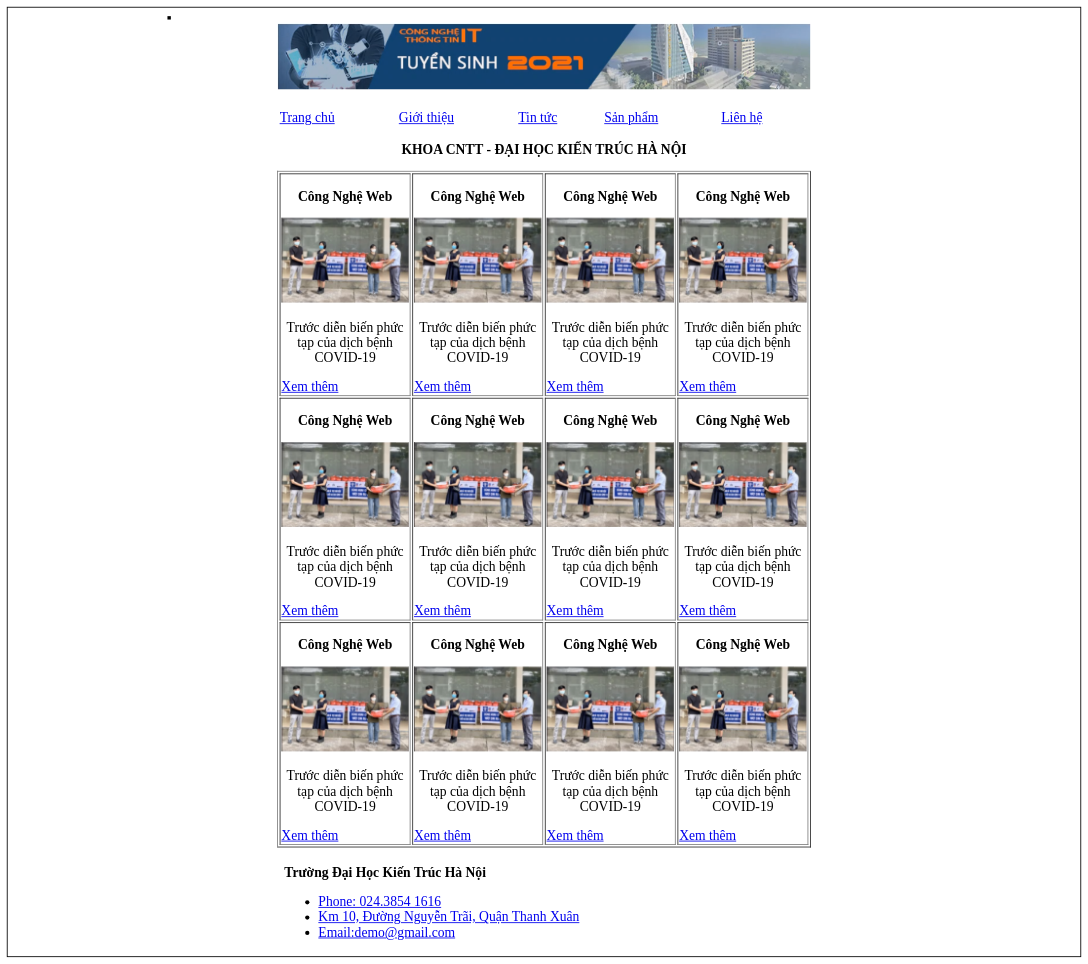
Repository: longtn213/Frond_end_HTML-CSS
Page: Front-End/Demohtml/baitapbuoi2.html
These files come from the project's save history. The page is drawn as it stood at one moment and after the next save; the edit follows.
The browser window is 1280 px wide. The pictures show the whole page, at 85% of full size.

Above is the page before, as saved 2021-09-09 14:44:08.

After the next save:
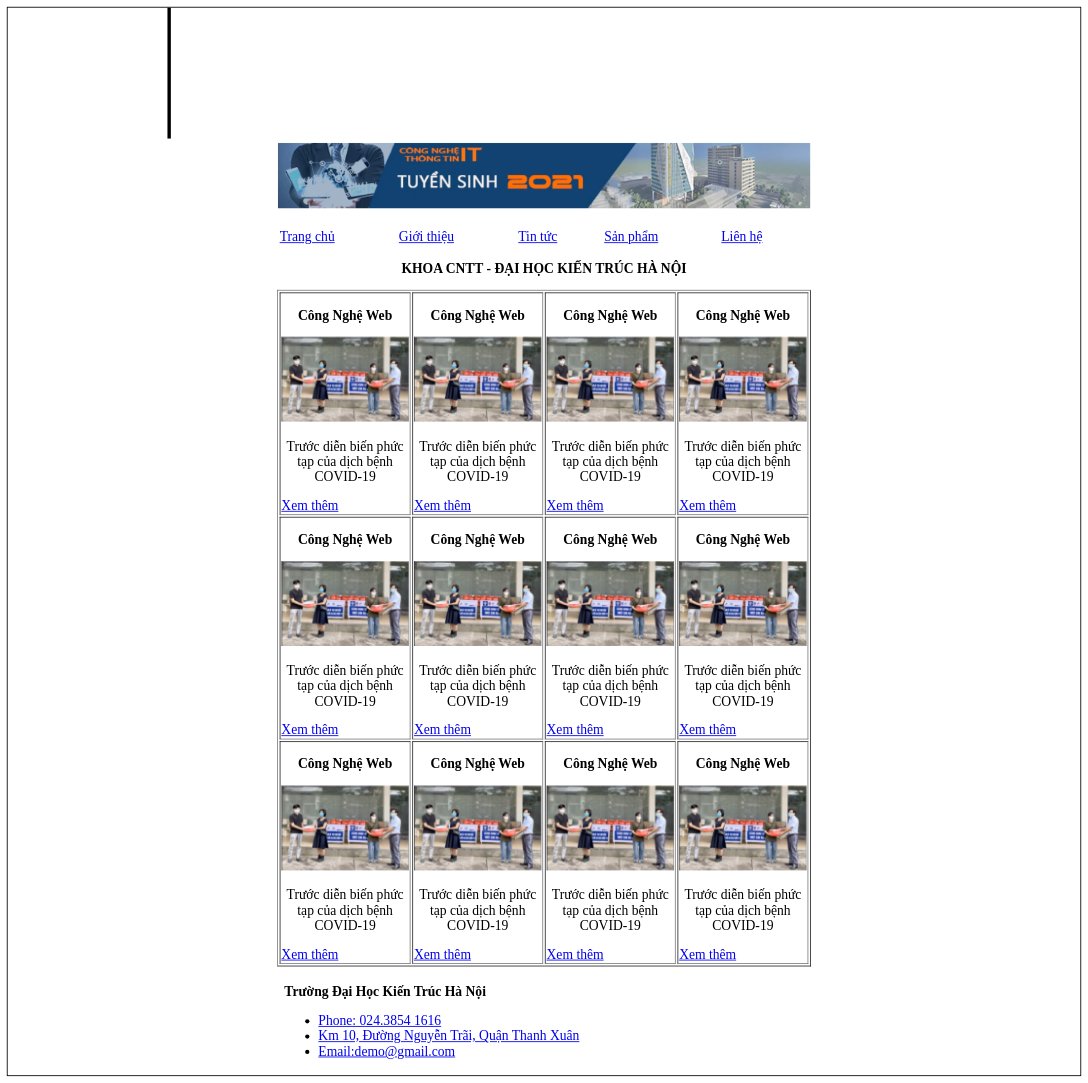
Saved 2 min 3 s later.
--- a/Front-End/Demohtml/baitapbuoi2.html
+++ b/Front-End/Demohtml/baitapbuoi2.html
@@ -13,7 +13,7 @@
 </head>
 
 <body style="border: 1px solid #000;">
-	<div class="ngancach" style="display: inline-block; margin-left: 188px;;border: 2px solid #000;">
+	<div class="ngancach" style="display: inline-block; padding-bottom:150px ; margin-left: 188px;;border: 2px solid #000;">
 
 	</div>
 	<center>
